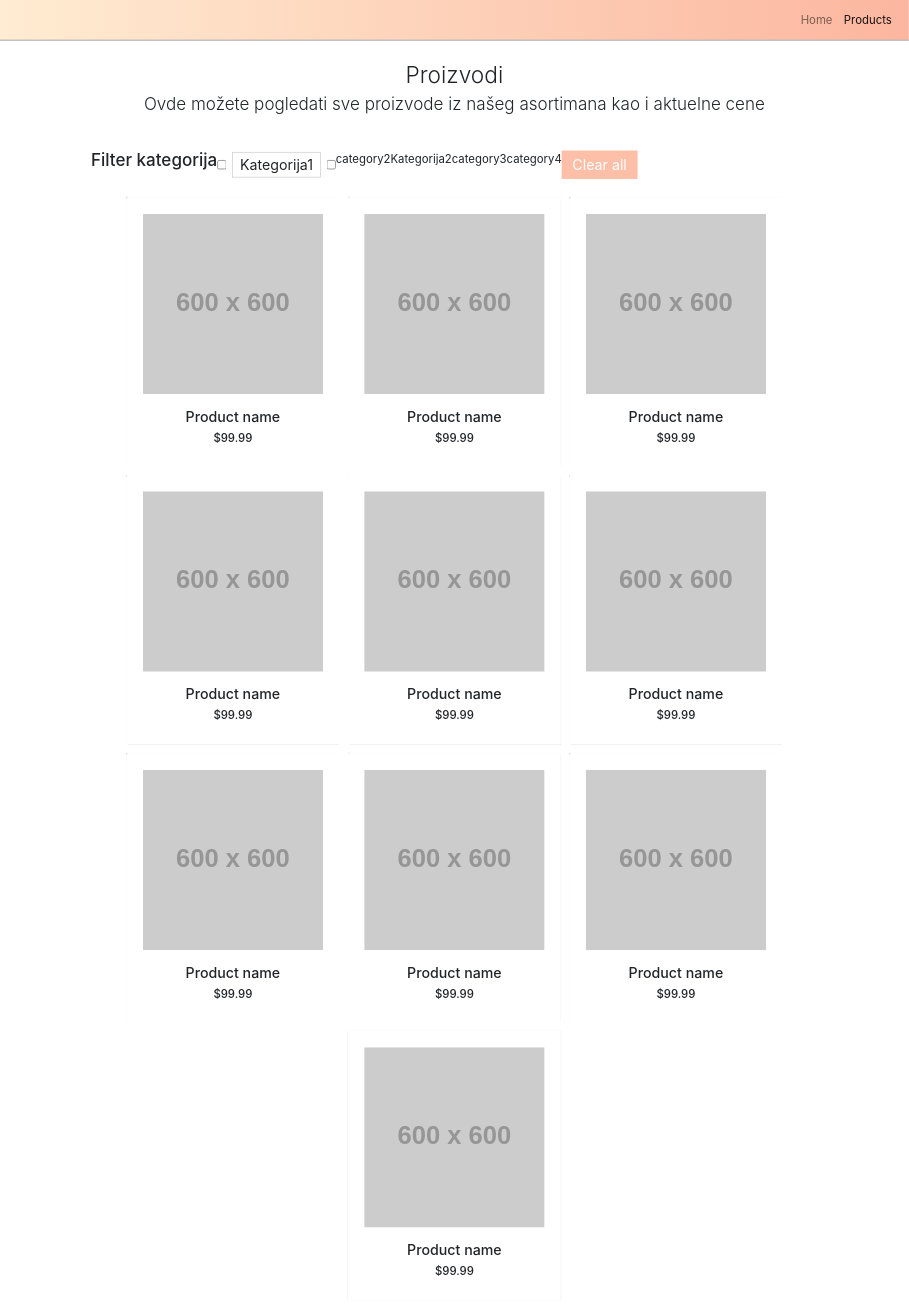
Repository: StevanFilipovic/TemplateForSinglepageWebsite
Page: products.html
These files come from the project's save history. The page is drawn as it stood at one moment and after the next save; the edit follows.
The browser window is 1280 px wide. The pictures show the whole page, at 71% of full size.
Some web libraries are served in a nearby version.

Above is the page before, as saved 2018-06-15 11:29:58.

After the next save:
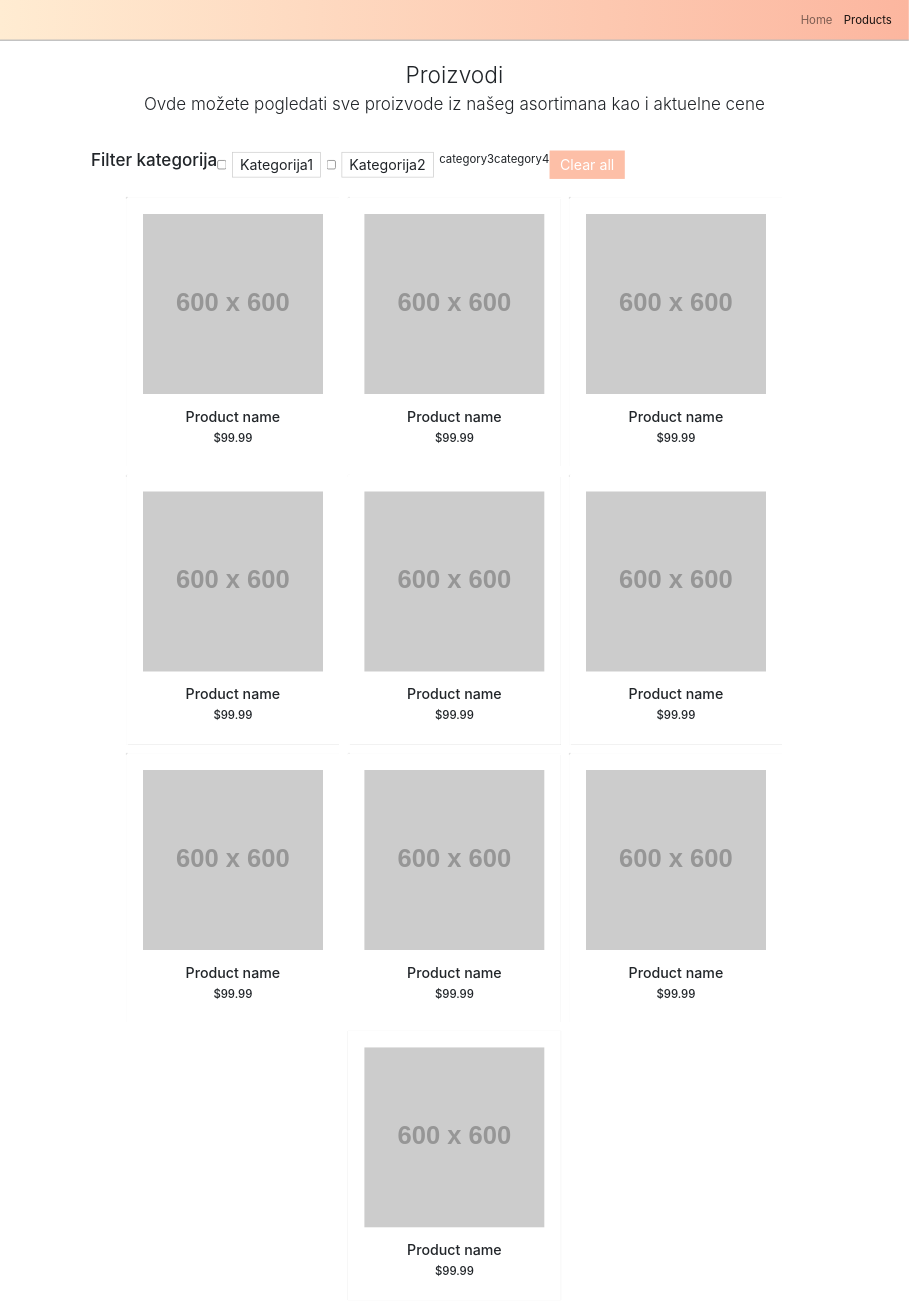
Saved 9 s later.
--- a/products.html
+++ b/products.html
@@ -93,7 +93,7 @@ function ProductFilterLevel1(products, filters) {
       <input type="checkbox" name="colour" id="category1" value="category1" ></input>
       <label for="category1">Kategorija1</label>
 
-      <input type="checkbox" name="colour" id="category2" value="category2"><span class="filters-title">category2</span></input>
+      <input type="checkbox" name="colour" id="category2" value="category2"></input>
       <label for="category2">Kategorija2</label>
 
       <label class="filter-container"></label>
